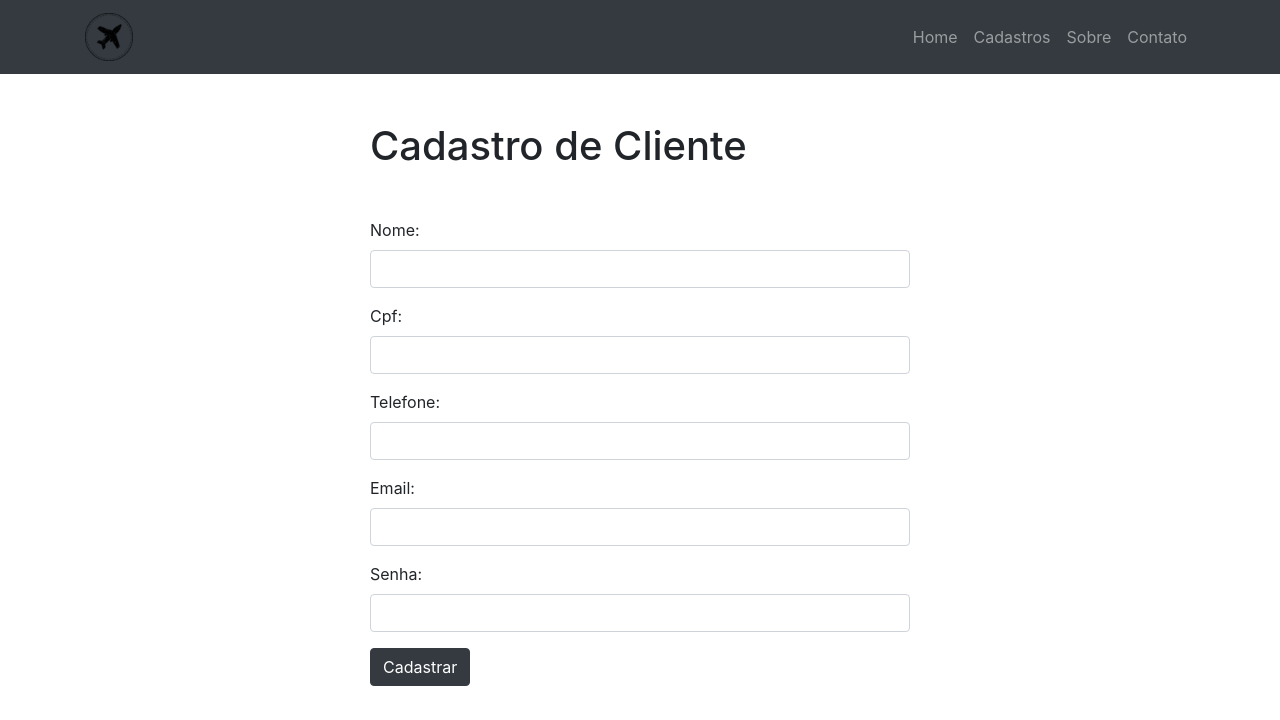
Repository: marcelledssantos/PotterTravel-MVC
Page: http://localhost/PotterTravel-MVC/cadastro.jsp
These files come from the project's save history. The page is drawn as it stood at one moment and after the next save; the edit follows.
The browser window is 1280 px wide. The pictures show the whole page.
Some web libraries are served in a nearby version. The page is served by Tomcat 9.

Above is the page before, as saved 2023-11-02 23:46:17.

After the next save:
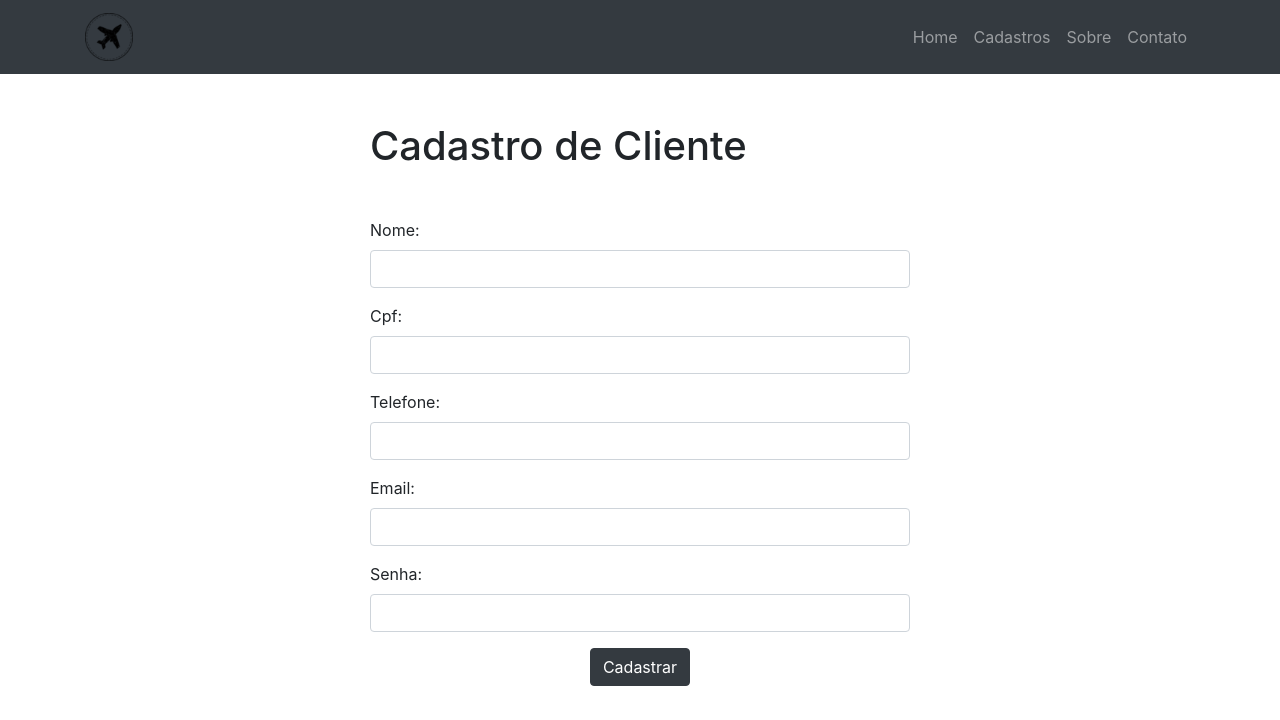
Saved 88 s later.
--- a/PotterTravel-MVC/src/main/webapp/cadastro.jsp
+++ b/PotterTravel-MVC/src/main/webapp/cadastro.jsp
@@ -62,7 +62,10 @@
 						<label for="senha">Senha:</label> <input type="password"
 							class="form-control" id="senha" name="senha" required>
 					</div>
+					<div class="col-12 text-center">
 					<button type="submit" class="btn btn-dark mx auto">Cadastrar</button>
+					</div>
+
 				</form>
 			</div>
 		</div>
